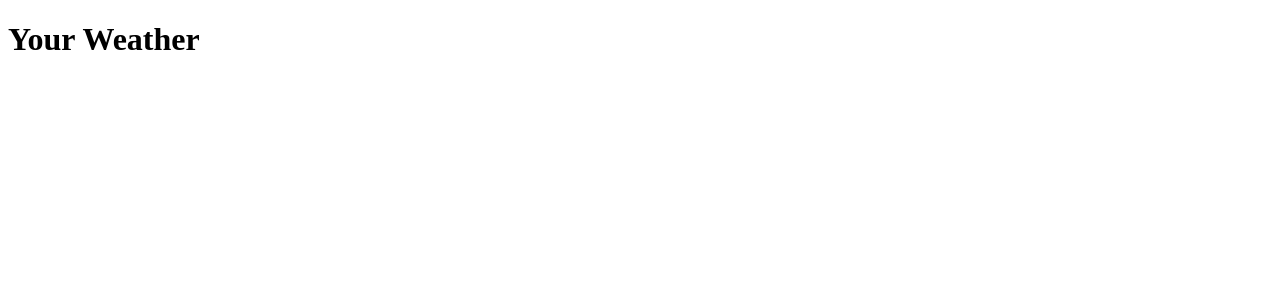
Repository: Mf948/YourWeather
Page: index.html
An editor plug-in stored every save of this project. The page is shown before and after the next save, followed by the edit.
The browser window is 1280 px wide. The pictures show the whole page.

Above is the page before, as saved 2020-12-14 19:10:54.

### index.html
<!DOCTYPE html>
<html lang="en">
<head>
    <meta charset="UTF-8">
    <meta name="viewport" content="width=device-width, initial-scale=1.0">
    <title>Your Weather</title>
 <link rel="stylesheet" href="Style.css"
 <link rel="stylesheet" href="https://maxcdn.bootstrapcdn.com/bootstrap/4.0.0/css/bootstrap.min.css" integrity="sha384-Gn5384xqQ1aoWXA+058RXPxPg6fy4IWvTNh0E263XmFcJlSAwiGgFAW/dAiS6JXm" crossorigin="anonymous">

</head>
<body>
    <div class="navtitle">
        <h1>Your Weather</h1>
    </div>

</body>
</html>

### Style.css
.nav

After the next save:
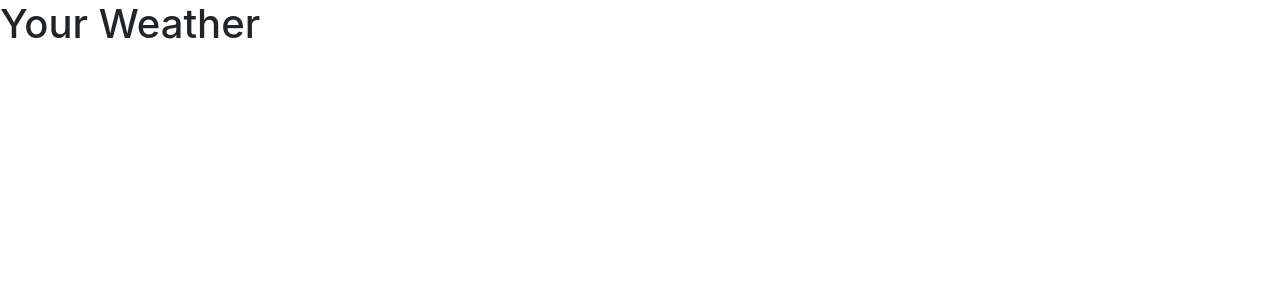
Saved 6 s later.
--- a/index.html
+++ b/index.html
@@ -4,7 +4,7 @@
     <meta charset="UTF-8">
     <meta name="viewport" content="width=device-width, initial-scale=1.0">
     <title>Your Weather</title>
- <link rel="stylesheet" href="Style.css"
+ <link rel="stylesheet" href="Style.css">
  <link rel="stylesheet" href="https://maxcdn.bootstrapcdn.com/bootstrap/4.0.0/css/bootstrap.min.css" integrity="sha384-Gn5384xqQ1aoWXA+058RXPxPg6fy4IWvTNh0E263XmFcJlSAwiGgFAW/dAiS6JXm" crossorigin="anonymous">
 
 </head>
